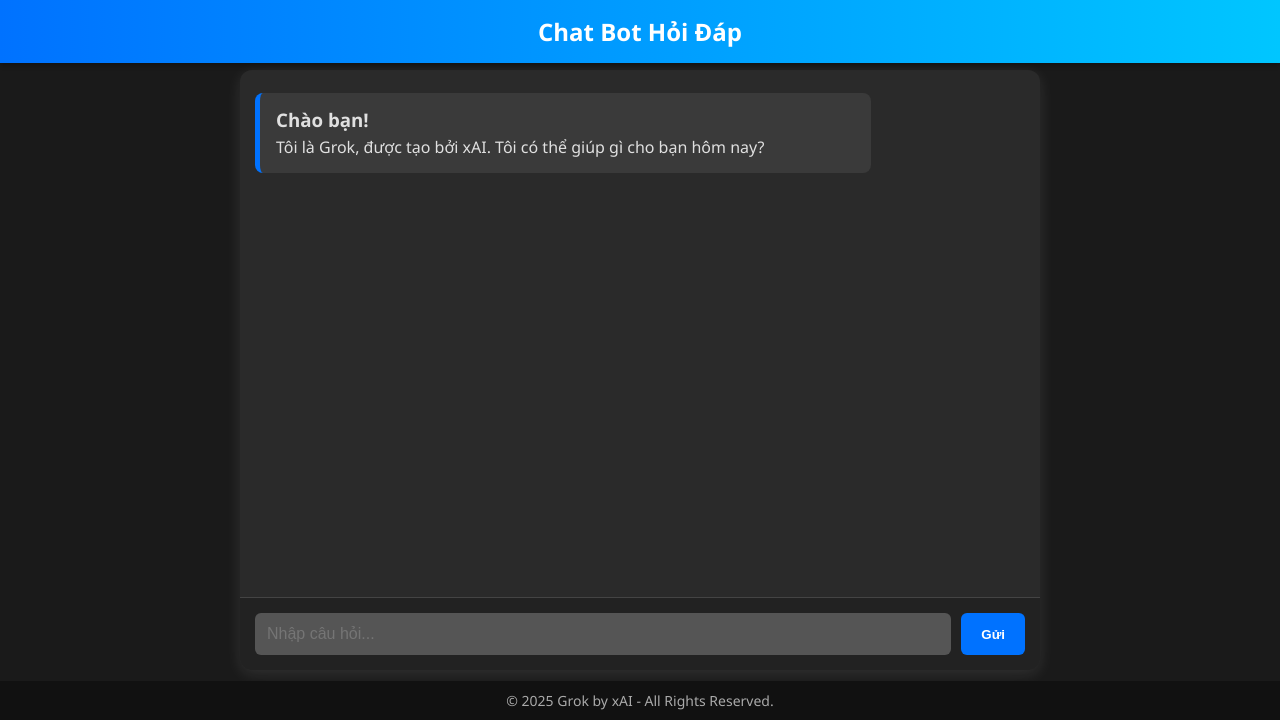
Repository: quankenda73/Prject_Final
Page: INDEX/chatbot.html
An editor plug-in stored every save of this project. The page is shown before and after the next save, followed by the edit.
The browser window is 1280 px wide. The pictures show the whole page.

Above is the page before, as saved 2025-03-05 15:21:55.

After the next save:
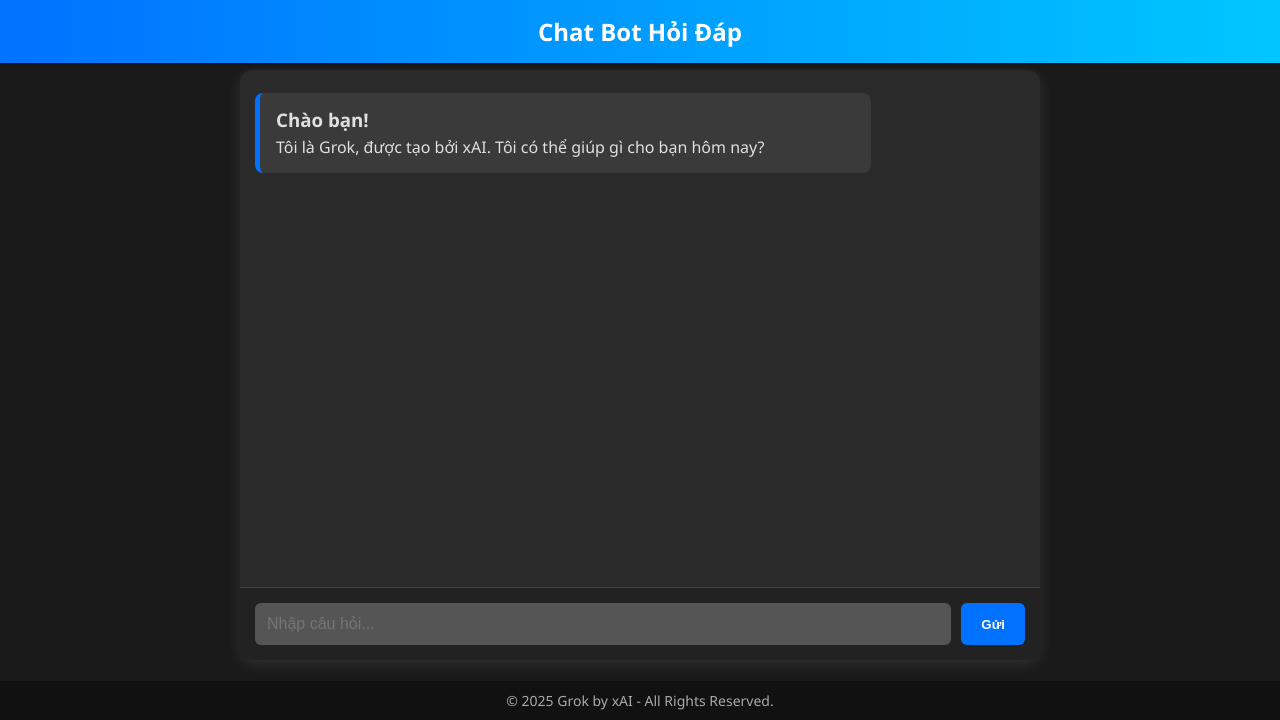
Saved 3 min 22 s later.
--- a/INDEX/chatbot.html
+++ b/INDEX/chatbot.html
@@ -39,7 +39,7 @@
             flex-grow: 1;
             width: 90%;
             max-width: 800px;
-            margin: 70px auto 50px;
+            margin: 70px auto 60px; /* Giảm khoảng cách dưới để tránh che footer */
             background: #2a2a2a;
             border-radius: 12px;
             box-shadow: 0 4px 15px rgba(255, 255, 255, 0.1);
